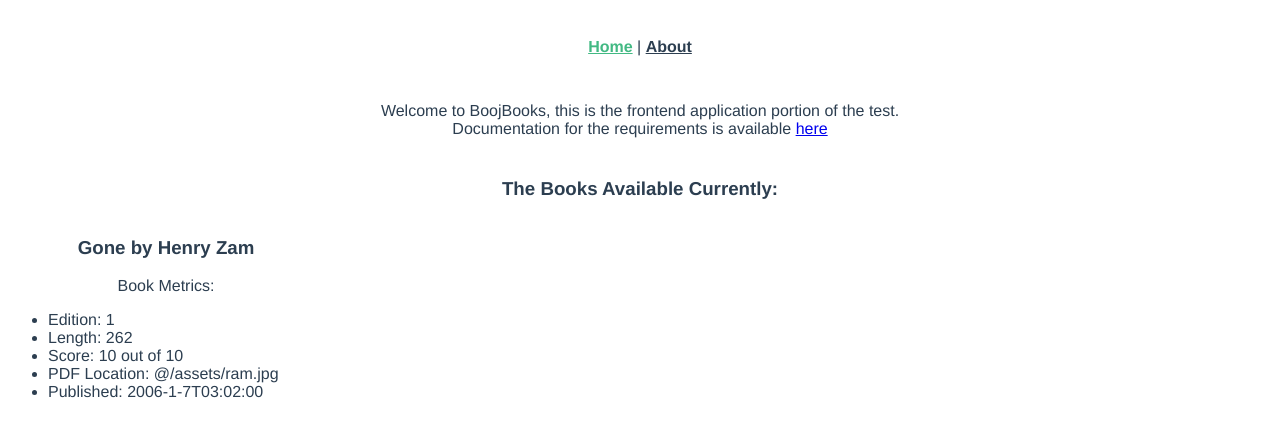
Repository: Sylk/BoojBooks-frontend
Page: /
An editor plug-in stored every save of this project. The page is shown before and after the next save, followed by the edit.
The browser window is 1280 px wide. The pictures show the whole page.
The project was rebuilt for these pictures with package versions that can differ from the ones it lists, and the page was loaded fresh each time.

Above is the page before, as saved 2019-11-13 19:03:27.

### public/index.html
<!DOCTYPE html>
<html lang="en">
  <head>
    <meta charset="utf-8">
    <meta http-equiv="X-UA-Compatible" content="IE=edge">
    <meta name="viewport" content="width=device-width,initial-scale=1.0">
    <link rel="icon" href="<%= BASE_URL %>favicon.ico">
    <title>boojbooks</title>
  </head>
  <body>
    <noscript>
      <strong>We're sorry but boojbooks doesn't work properly without JavaScript enabled. Please enable it to continue.</strong>
    </noscript>
    <div id="app"></div>
    <!-- built files will be auto injected -->
  </body>
</html>

### src/views/Home.vue
<template>
  <div class="home">
    <p>
      Welcome to BoojBooks, this is the frontend application portion of the test.
      <br>
      Documentation for the requirements is available <a href="https://github.com/ActiveWebsite/boojbooks">here</a>
    </p>
    <BooksManagement/>
  </div>
</template>

<script>
import BooksManagement from '@/components/BooksManagement.vue';

export default {
  name: 'home',
  components: {
    BooksManagement,
  },
};
</script>

### src/components/BooksManagement.vue
<template>
  <div>
    <h3>The Books Available Currently:</h3>
    <div v-for="book in books" :key="book.id">
      <book
        :title="book.title"
        :author="book.author"
        :edition="book.edition"
        :length="book.length"
        :score="book.score"
        :cover="book.cover"
        :file="book.file"
        :releaseDate="book.releaseDate"
      />
    </div>
  </div>
</template>

<script>
import Book from '@/components/Book.vue';

export default {
  name: 'BooksManagement',
  components: {
    Book,
  },
  data() {
    return {
      books: [
        {
          id: 0,
          title: 'Gone',
          author: 'Henry Zam',
          edition: 1,
          length: 262,
          score: 10,
          file: '@/assets/ram.jpg',
          releaseDate: '2006-1-7T03:02:00',
        },
      ],
    };
  },
  methods: {
    getBooks() {},
  },
};
</script>

<style scoped>
h3 {
  margin: 40px 0 0;
}
ul {
  list-style-type: none;
  padding: 0;
}
li {
  display: inline-block;
  margin: 0 10px;
}
a {
  color: #42b983;
}
</style>

### src/components/Book.vue
<template>
  <div class="book">
    <img :src="cover" />
    <h3>{{title}} by {{author}}</h3>
    Book Metrics:
    <ul>
      <li>Edition: {{edition}}</li>
      <li>Length: {{length}}</li>
      <li>Score: {{score}} out of 10</li>
      <li>PDF Location: {{file}}</li>
      <li>Published: {{releaseDate}}</li>
    </ul>
  </div>
</template>

<script>
export default {
  name: 'Book',
  props: {
    title: String,
    author: String,
    edition: Number,
    length: Number,
    score: Number,
    cover: String,
    file: String,
    releaseDate: String,
  },
};
</script>

<style lang="scss" scoped>
.book {
  width: 25%;
  height: 200px;

  ul {
    text-align: left;
  }
}
</style>

Loaded but not shown: src/main.js (common file); src/App.vue (common file); src/router/index.js (common file); src/registerServiceWorker.js (common file)

After the next save:
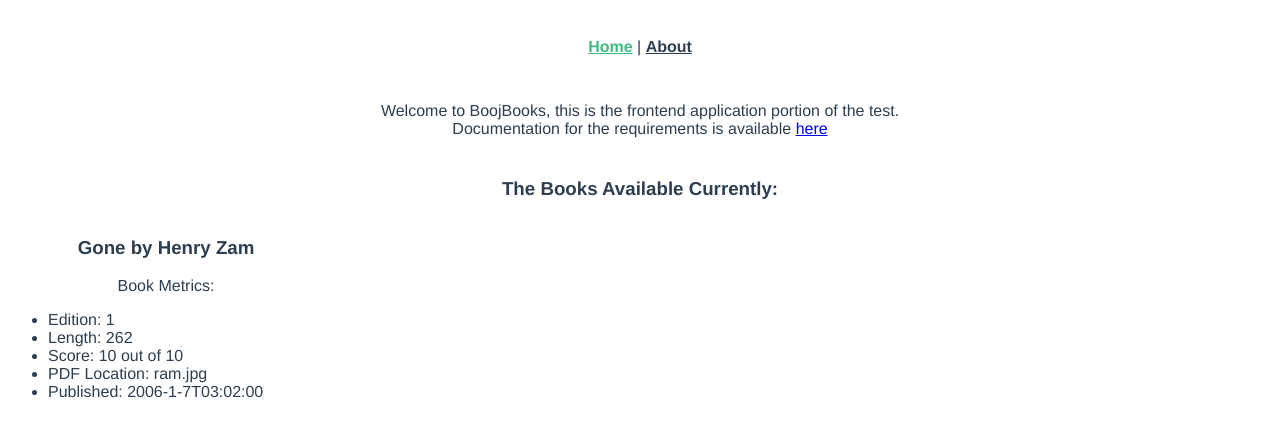
Saved 33 min 52 s later.
--- a/src/components/BooksManagement.vue
+++ b/src/components/BooksManagement.vue
@@ -34,7 +34,7 @@ export default {
           edition: 1,
           length: 262,
           score: 10,
-          file: '@/assets/ram.jpg',
+          file: 'ram.jpg',
           releaseDate: '2006-1-7T03:02:00',
         },
       ],
